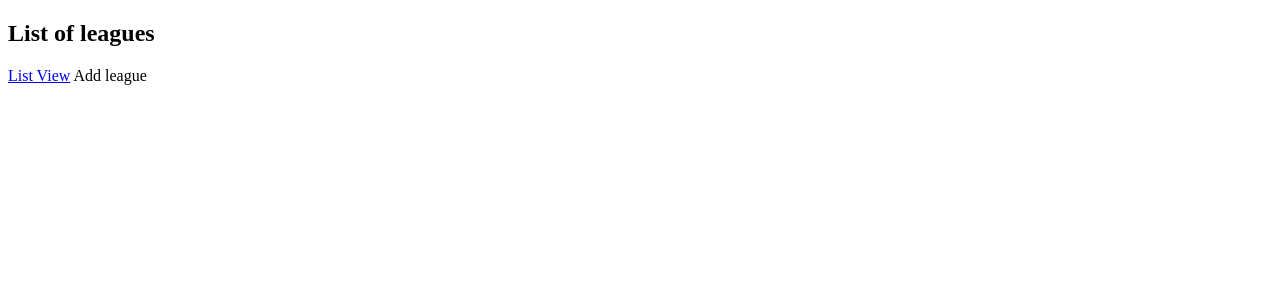
Repository: DhirajMG/ibm-fsd-000GLQ
Page: Java - 000GLQ/servlet_demo/WebContent/Home.html
The author's editor kept a copy of each file at every save. The page is drawn from the files as they stood at one save, then again after the next save.
The browser window is 1280 px wide. The pictures show the whole page.

Above is the page before, as saved 2019-08-27 03:59:01.

### Java - 000GLQ/servlet_demo/WebContent/Home.html
<!DOCTYPE html>
<html>
<head>
<meta charset="ISO-8859-1">
<title>List of soccer leagues</title>
</head>
<body>
<h2>List of leagues</h2>
<p><a href="list_view">List View</a>
<a href"Form.html">Add league</a>
</body>
</html>

After the next save:
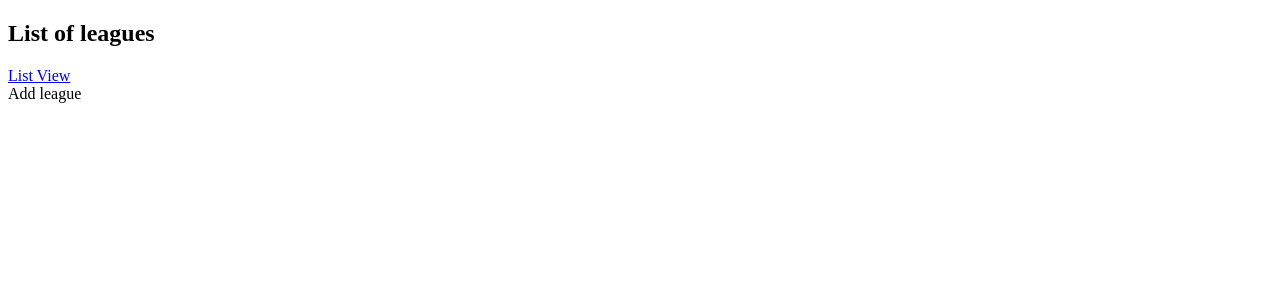
Saved 27 s later.
--- a/Java - 000GLQ/servlet_demo/WebContent/Home.html
+++ b/Java - 000GLQ/servlet_demo/WebContent/Home.html
@@ -6,7 +6,7 @@
 </head>
 <body>
 <h2>List of leagues</h2>
-<p><a href="list_view">List View</a>
+<p><a href="list_view">List View</a><br>
 <a href"Form.html">Add league</a>
 </body>
 </html>
